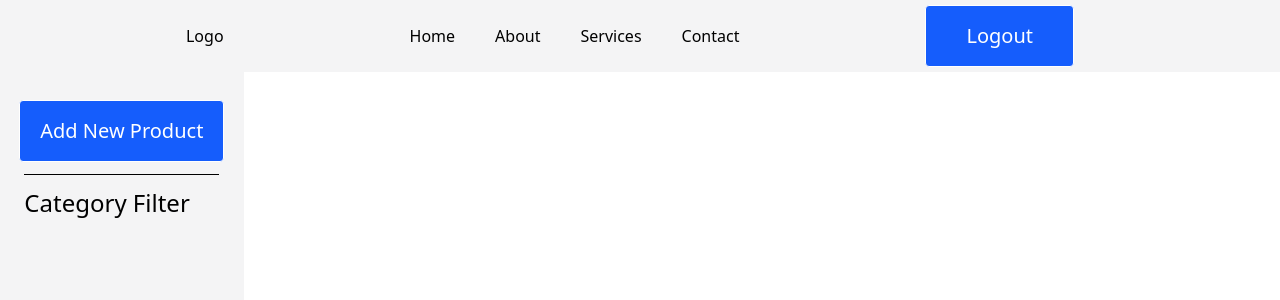
Repository: Habeebur1493/project
Page: /Home
These files come from the project's save history. The page is drawn as it stood at one moment and after the next save; the edit follows.
The browser window is 1280 px wide. The pictures show the whole page.
The page's requests for data from a server got no answer. The project was rebuilt for these pictures with package versions that can differ from the ones it lists, and the page was loaded fresh each time. No one was signed in, and anything a server would have sent is missing. Also part of the build but not shown: vite.config.js, src/Components/Login.jsx, src/Components/Loading.jsx, src/Components/Details.jsx.

Above is the page before, as saved 2025-01-31 20:11:12.

After the next save:
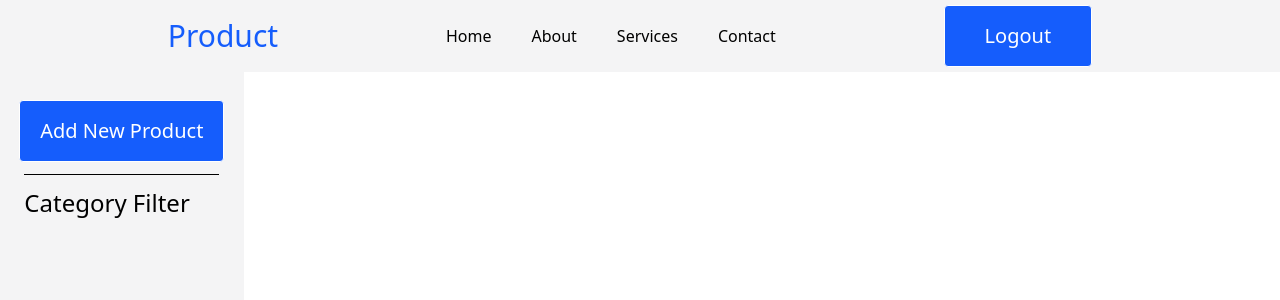
Saved 2 min 27 s later.
--- a/src/Components/Nav.jsx
+++ b/src/Components/Nav.jsx
@@ -45,7 +45,7 @@ const Nav = () => {
       </nav>
 
       <nav className="w-screen h-[10%] bg-zinc-100 flex justify-evenly items-center absolute overflow-y-auto">
-        <h1>Logo</h1>
+        <h1 className="text-3xl text-bold text-blue-600">Product</h1>
         <ul className="flex gap-10">
           <li>Home</li>
           <li>About</li>
